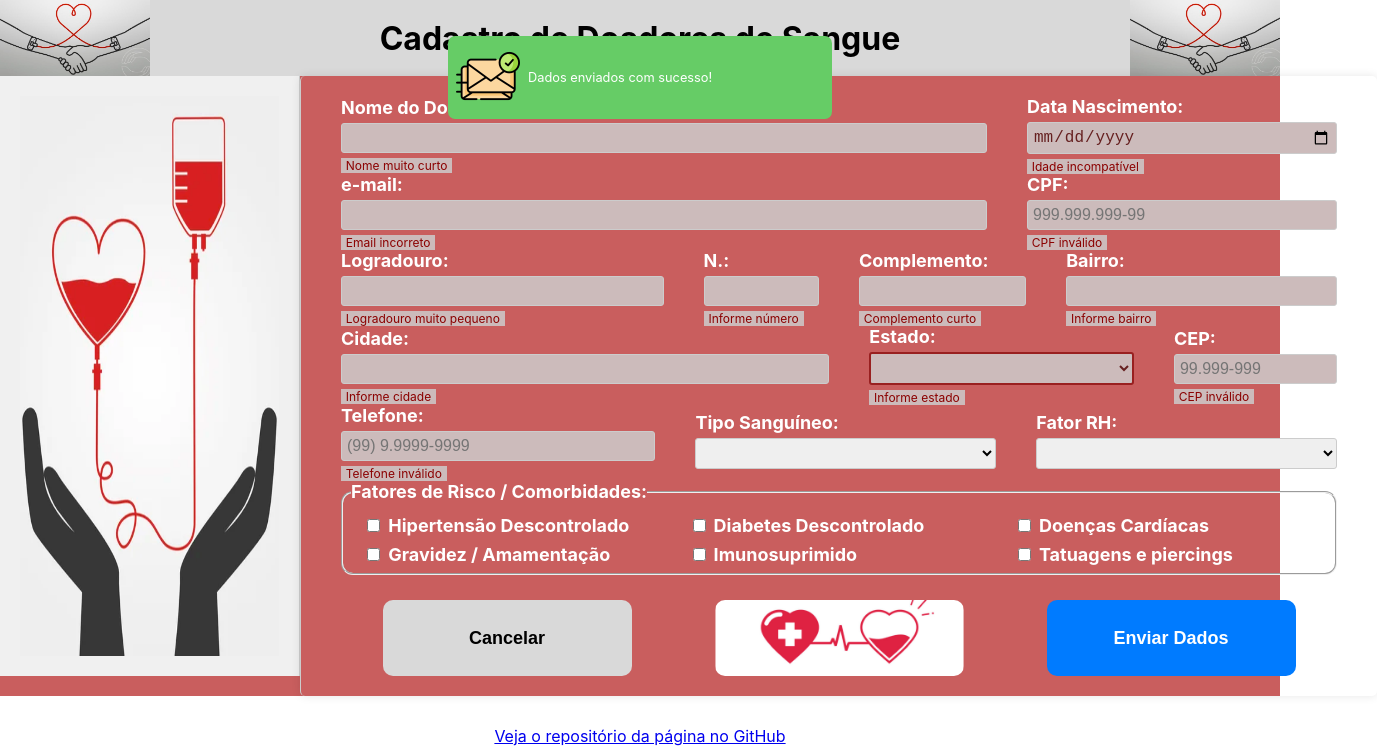
Repository: rodrigototy/doacao-sangue
Page: sprint-3/cadastro.html
An editor plug-in stored every save of this project. The page is shown before and after the next save, followed by the edit.
The browser window is 1280 px wide. The page is 1377 px wide, so the pictures cover 1377 px, including what lies to the right of the window. The pictures show the whole page.
Empty fields were first filled with sample values (such as "Sample", 5 or name@example.com).
After loading, the first visible `#enviar` was clicked once.
The page's requests for data from a server got no answer.

Above is the page before, as saved 2023-11-19 13:47:50.

After the next save:
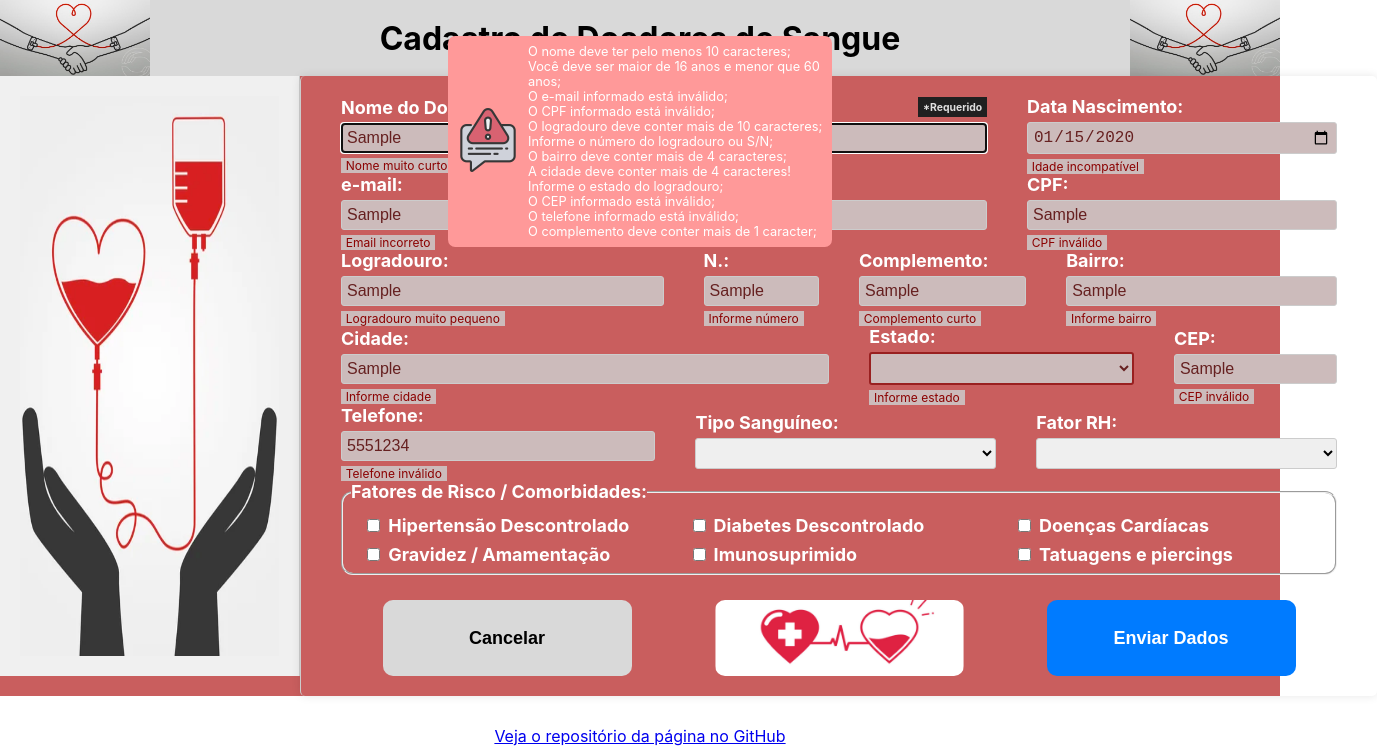
Saved 5 s later.
--- a/sprint-3/static/js/script_cadastro.js
+++ b/sprint-3/static/js/script_cadastro.js
@@ -90,7 +90,7 @@ buttonEnviar.addEventListener("click", (event) => {
         field.validateFunction
       );
 
-      if (isValid) {
+      if (!isValid) {
         msgErro += field.popupErrorMessage;
         if (!fieldFocus) {
           fieldFocus = field.input.id;
